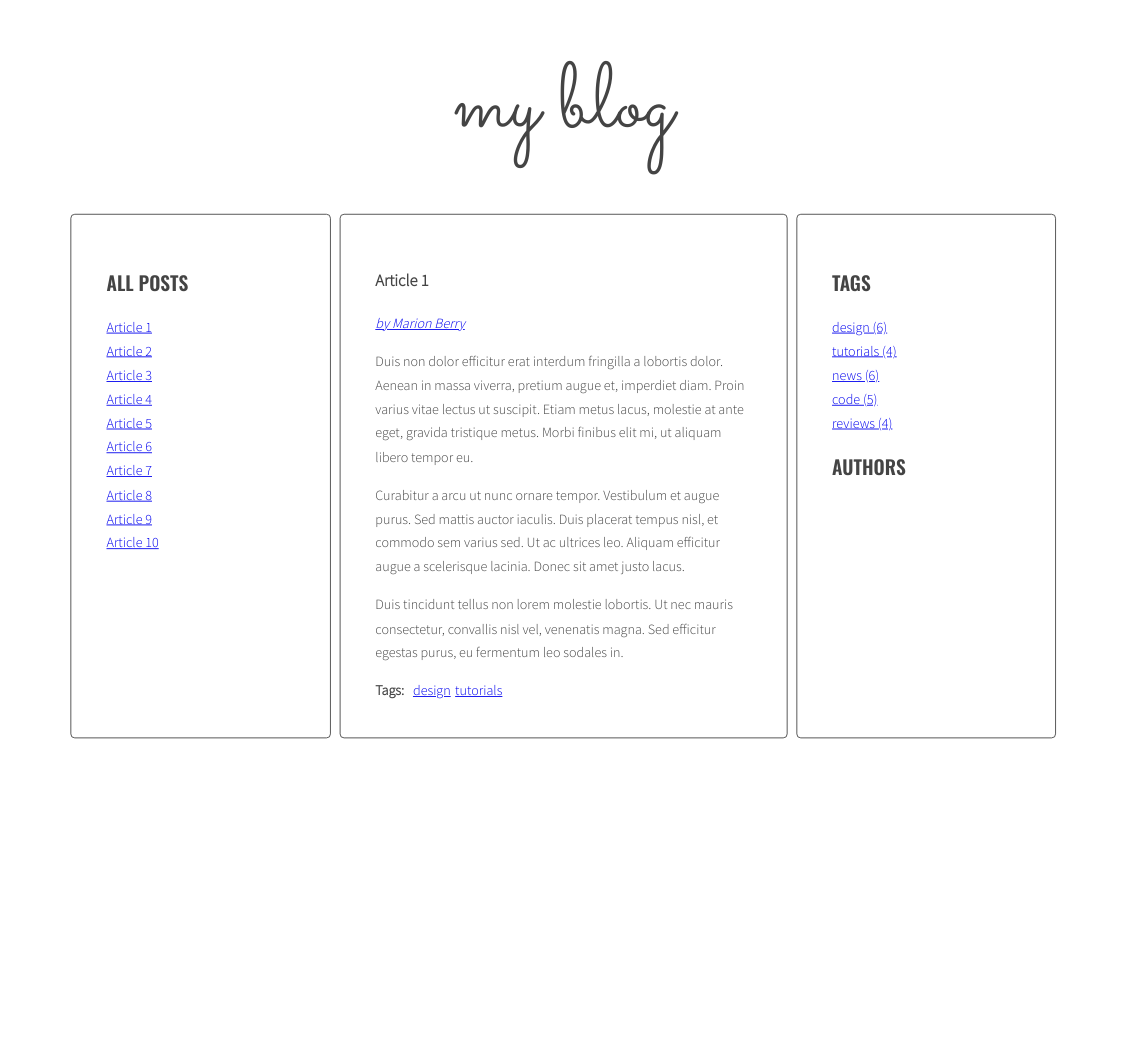
Repository: ulasup/javascript-blog
Page: index.html
These files come from the project's save history. The page is drawn as it stood at one moment and after the next save; the edit follows.
The browser window is 1280 px wide. The pictures show the whole page, at 88% of full size.
The style sheet was rebuilt from its Sass, Less or Tailwind sources for each picture, by a compiler version that may differ from the author's.

Above is the page before, as saved 2020-12-21 15:44:53.

### index.html
<!DOCTYPE html>
<html  lang="en">
    <head>
        <meta charset="UTF-8">
        <title>Film blog</title>
        <link rel="stylesheet" href="css/style.css">
    </head>
    <body>
        <div class="blog">
            <div class="container">
              <h1 class="logo">my blog</h1>
              <main class="wrapper">
                <aside class="sidebar">
                  <h2 class="section-title">All posts</h2>
                  <ul class="list titles">
                  </ul>
                </aside>
                <section class="posts">
                  <article class="post active" id="article-1" data-tags="design tutorials" data-author="Marion Berry">
                    <h3 class="post-title">Article 1</h3>
                    <p class="post-author"></p>
                    <div class="post-content">
                      <p>Duis non dolor efficitur erat interdum fringilla a lobortis dolor. Aenean in massa viverra, pretium augue et, imperdiet diam. Proin varius vitae lectus ut suscipit. Etiam metus lacus, molestie at ante eget, gravida tristique metus. Morbi finibus elit mi, ut aliquam libero tempor eu.</p>
                      <p>Curabitur a arcu ut nunc ornare tempor. Vestibulum et augue purus. Sed mattis auctor iaculis. Duis placerat tempus nisl, et commodo sem varius sed. Ut ac ultrices leo. Aliquam efficitur augue a scelerisque lacinia. Donec sit amet justo lacus.</p>
                      <p>Duis tincidunt tellus non lorem molestie lobortis. Ut nec mauris consectetur, convallis nisl vel, venenatis magna. Sed efficitur egestas purus, eu fermentum leo sodales in.</p>
                    </div>
                    <div class="post-tags">
                      <p><strong>Tags:</strong></p>
                      <ul class="list list-horizontal">
                      </ul>
                    </div>
                  </article>
                  <article class="post" id="article-2" data-tags="news code" data-author="Theo Tabby">
                    <h3 class="post-title">Article 2</h3>
                    <p class="post-author"></p>
                    <div class="post-content">
                      <p>Phasellus sollicitudin, arcu vel iaculis ullamcorper, quam leo viverra orci, et faucibus quam sapien vel est. Maecenas ac suscipit elit. Nullam interdum, lorem vitae venenatis pulvinar, ex dui malesuada nunc, tempus cursus enim metus vel nulla.</p>
                      <p>Integer hendrerit, eros id efficitur dapibus, ante arcu ullamcorper orci, a iaculis felis turpis at purus. Quisque sodales posuere sapien vel consectetur. Duis dui urna, commodo non ante nec, mattis dictum enim. Donec aliquam erat sed diam lobortis, vel gravida lacus laoreet. Phasellus pretium maximus mi, eu posuere justo suscipit vel.</p>
                      <p>Nam magna nisl, varius in malesuada vitae, facilisis vel metus. Proin rhoncus euismod leo dictum lobortis. Suspendisse non ante sapien.</p>
                    </div>
                    <div class="post-tags">
                      <p><strong>Tags:</strong></p>
                      <ul class="list list-horizontal">
                      </ul>
                    </div>
                  </article>
                  <article class="post" id="article-3" data-tags="news reviews design" data-author="George Tuxedo">
                    <h3 class="post-title">Article 3</h3>
                    <p class="post-author"></p>
                    <div class="post-content">
                      <p>Mauris vel pellentesque turpis, ac sodales nisl. Quisque iaculis mi velit, ut convallis tellus accumsan a. Quisque iaculis, nisi et dignissim tincidunt, nisl eros euismod nulla, finibus laoreet erat enim posuere elit.</p>
                      <p>Aenean at semper urna. Duis vel sapien molestie, egestas diam consequat, molestie nulla. Praesent a malesuada metus. Praesent et tempus leo.</p>
                      <p>Mauris in eleifend neque, vitae eleifend velit. Maecenas purus est, bibendum eget imperdiet id, dictum sed ante. Aenean a magna et eros sagittis aliquet.</p>
                    </div>
                    <div class="post-tags">
                      <p><strong>Tags:</strong></p>
                      <ul class="list list-horizontal">
                      </ul>
                    </div>
                  </article>
                  <article class="post" id="article-4" data-tags="tutorials code design" data-author="Kitty Toebean">
                    <h3 class="post-title">Article 4</h3>
                    <p class="post-author"></p>
                    <div class="post-content">
                      <p>Morbi vel cursus nulla, vel varius mauris. Suspendisse sed elit sit amet risus faucibus vestibulum ut sit amet purus. Donec orci est, condimentum ut quam quis, scelerisque fringilla ligula.</p>
                      <p>Quisque bibendum nisl id quam sagittis, id pretium dolor scelerisque. Suspendisse non odio nec velit dapibus placerat non a libero.</p>
                      <p>Vivamus at tristique ex, feugiat sagittis ex. Cras cursus, ipsum et efficitur commodo, urna sapien rutrum magna, quis sodales justo ligula eget nunc. In hac habitasse platea dictumst.</p>
                    </div>
                    <div class="post-tags">
                      <p><strong>Tags:</strong></p>
                      <ul class="list list-horizontal">
                      </ul>
                    </div>
                  </article>
                  <article class="post" id="article-5" data-tags="design reviews" data-author="Marion Berry">
                    <h3 class="post-title">Article 5</h3>
                    <p class="post-author"></p>
                    <div class="post-content">
                      <p>Suspendisse sem eros, euismod condimentum arcu ac, consequat fermentum orci. Nam convallis lacus nec interdum vestibulum. Vestibulum luctus, quam eu tristique ornare, lorem nibh sodales enim, vitae tempor dolor ante vitae tortor.</p>
                      <p>Duis venenatis metus quis luctus lobortis. In porttitor ipsum eget ligula aliquam ornare. Cras malesuada urna id volutpat sodales.</p>
                      <p>Donec lobortis ultricies turpis, eu viverra magna gravida quis. Fusce sit amet pretium nulla. Duis rutrum metus vel libero sodales, pellentesque varius ex pulvinar.</p>
                    </div>
                    <div class="post-tags">
                      <p><strong>Tags:</strong></p>
                      <ul class="list list-horizontal">
                      </ul>
                    </div>
                  </article>
                  <article class="post" id="article-6" data-tags="reviews code" data-author="George Tuxedo">
                    <h3 class="post-title">Article 6</h3>
                    <p class="post-author"></p>
                    <div class="post-content">
                      <p>Donec posuere iaculis ante sed hendrerit. Lorem ipsum dolor sit amet, consectetur adipiscing elit. Quisque hendrerit neque nec urna tincidunt, quis vehicula dui vulputate. Morbi est sapien, auctor ut lectus eu, placerat viverra lorem.</p>
                      <p>Cras consectetur at erat id accumsan. Suspendisse lacinia in nulla quis vulputate. Nunc vitae consectetur augue. Nam ut vehicula mi. Aliquam tristique, purus in hendrerit porta, elit lectus finibus mi, vel malesuada nisl lectus a libero.</p>
                      <p>Nam quis efficitur ante. Sed eget purus quis ex commodo porta eu sit amet dolor. Mauris tellus nisl, dictum nec est vitae, condimentum ornare ante. Fusce ornare hendrerit maximus. In maximus rhoncus justo.</p>
                    </div>
                    <div class="post-tags">
                      <p><strong>Tags:</strong></p>
                      <ul class="list list-horizontal">
                      </ul>
                    </div>
                  </article>
                  <article class="post" id="article-7" data-tags="code news" data-author="Kitty Toebean">
                    <h3 class="post-title">Article 7</h3>
                    <p class="post-author"></p>
                    <div class="post-content">
                      <p>Donec eleifend mauris ac nisl fermentum, ac fermentum turpis dignissim. Aliquam diam nisl, imperdiet a varius eget, lobortis sed nisi. Nullam suscipit ipsum sed magna blandit, sed pellentesque urna malesuada.</p>
                      <p>Duis vestibulum arcu et lectus viverra porta. Praesent tempor lacus eget quam mattis, sit amet venenatis diam ultrices. Morbi gravida sapien quis ligula tincidunt, vel sagittis erat ultrices.</p>
                      <p>Ut orci tellus, laoreet ac diam ut, tempus bibendum nisi. Nam egestas sagittis nibh. Curabitur tristique dui quis egestas pretium. Duis eu felis orci.</p>
                    </div>
                    <div class="post-tags">
                      <p><strong>Tags:</strong></p>
                      <ul class="list list-horizontal">
                      </ul>
                    </div>
                  </article>
                  <article class="post" id="article-8" data-tags="news design tutorials" data-author="Theo Tabby">
                    <h3 class="post-title">Article 8</h3>
                    <p class="post-author"></p>
                    <div class="post-content">
                      <p>Praesent quis imperdiet erat. Curabitur tempor sapien a interdum malesuada. Proin libero erat, sagittis a sollicitudin eget, pulvinar nec risus. Cras et suscipit sem.</p>
                      <p>Maecenas consequat diam nec sollicitudin congue. Aenean porttitor porttitor quam, condimentum interdum metus congue sed. Donec at nulla ipsum.</p>
                      <p>Mauris non congue dui. Aenean ac eros vitae massa vulputate aliquet ut ac elit. Morbi iaculis auctor nunc aliquet luctus. Nunc tincidunt sem dui, quis interdum leo pellentesque eget. Fusce id leo varius, imperdiet nunc vitae, tristique mi. Mauris quis interdum justo. Mauris auctor purus eu leo faucibus feugiat. Nulla at odio vitae leo semper blandit.</p>
                    </div>
                    <div class="post-tags">
                      <p><strong>Tags:</strong></p>
                      <ul class="list list-horizontal">
                      </ul>
                    </div>
                  </article>
                  <article class="post" id="article-9" data-tags="news tutorials" data-author="Marion Berry">
                    <h3 class="post-title">Article 9</h3>
                    <p class="post-author"></p>
                    <div class="post-content">
                      <p>Tam et facilisis purus. Donec vulputate est quis lobortis posuere. Nunc vitae lorem ut odio faucibus pulvinar nec in justo. Ut ut ante ac tellus ornare tempus. Nunc maximus, tortor et dictum convallis, nunc libero posuere leo, scelerisque ultrices arcu sapien ut tellus.</p>
                      <p>Fusce lacinia augue massa, non tincidunt tortor auctor quis. Vestibulum ut pretium nisl. Etiam id tellus tempus, commodo ligula vehicula, porta magna.</p>
                      <p>Donec fringilla blandit dolor vel aliquet. Fusce tortor sapien, lobortis eu vehicula sit amet, dignissim et lectus. In ullamcorper metus vel massa fermentum, at fermentum dui sollicitudin. Nullam lacinia elit vel tortor ullamcorper pulvinar.</p>
                    </div>
                    <div class="post-tags">
                      <p><strong>Tags:</strong></p>
                      <ul class="list list-horizontal">
                      </ul>
                    </div>
                  </article>
                  <article class="post" id="article-10" data-tags="code design news reviews" data-author="George Tuxedo">
                    <h3 class="post-title">Article 10</h3>
                    <p class="post-author"></p>
                    <div class="post-content">
                      <p>Aliquam erat volutpat. Ut non eleifend lectus. Donec suscipit tellus tempor, ornare dui id, hendrerit neque. Phasellus lacinia laoreet dui in luctus. Sed hendrerit, magna sit amet varius tempor, augue augue scelerisque est, non scelerisque mauris libero eu sapien.</p>
                      <p>Sed at sapien in quam sollicitudin aliquam. In interdum metus a mi porttitor luctus. Sed commodo, arcu id lacinia posuere, felis elit pharetra urna, at feugiat est orci sit amet libero. Quisque in nisl est. Nullam vehicula at lectus non luctus. Cras aliquam neque magna, at varius nisi egestas ut.</p>
                      <p>Rhoncus purus nulla, non auctor lacus placerat ut. Aliquam condimentum eget magna ac gravida. Etiam egestas faucibus urna et finibus. Cras vel tellus vel magna suscipit euismod. Maecenas id arcu ante. Duis iaculis scelerisque erat, at ullamcorper arcu consectetur eu. Fusce aliquam diam at arcu pharetra, vel fermentum nunc lobortis.</p>
                    </div>
                    <div class="post-tags">
                      <p><strong>Tags:</strong></p>
                      <ul class="list list-horizontal">
                      </ul>
                    </div>
                  </article>
                </section>
                <aside class="sidebar">
                  <h2 class="section-title">Tags</h2>
                  <ul class="list tags">
                  </ul>
                  <h2 class="section-title">Authors</h2>
                  <ul class="list authors">
                  </ul>
                </aside>
              </main>
            </div>
          </div>
    <script src="js/script.js"></script>
    </body>
</html>

### js/script.js
'use strict';

function titleClickHandler(event){
  event.preventDefault();

  const activeLinks = document.querySelectorAll('.titles a.active');
  for(let activeLink of activeLinks){
    activeLink.classList.remove('active');
  }

  const clickedElement = this;
  clickedElement.classList.add('active');

  const activeArticles = document.querySelectorAll('.post.active');
  for(let activeArticle of activeArticles){
    activeArticle.classList.remove('active');
  }

  const articleSelector = clickedElement.getAttribute('href');
  const targetArticle = document.querySelector(articleSelector);
  targetArticle.classList.add('active');
}

const optArticleSelector = '.post',
  optTitleSelector = '.post-title',
  optTitleListSelector = '.titles',
  optArticleTagsSelector = '.post-tags .list',
  optTagsListSelector = '.tags.list',
  optArticleAuthorSelector = '.post-author',
  optCloudClassCount = 5,
  optCloudClassPrefix = 'tag-size-';

function generateTitleLinks(customSelector = ''){

  const titleList = document.querySelector(optTitleListSelector);
  titleList.innerHTML = '';

  const articles = document.querySelectorAll(optArticleSelector + customSelector);
  let html = '';
  for (let article of articles){
    const articleId = article.getAttribute('id');
    const articleTitle = article.querySelector(optTitleSelector).innerHTML;
    const linkHTML = '<li><a href="#' + articleId + '"><span>' + articleTitle + '</span></a></li>';
    html = html + linkHTML;
  }
  titleList.innerHTML = html;

  const links = document.querySelectorAll('.titles a');
  for(let link of links){
    link.addEventListener('click', titleClickHandler);
  }
}

generateTitleLinks();

function calculateTagsParams(tags){
  const params = {
    max: 0,
    min: 999999
  };
  for(let tag in tags){
    if(tags[tag] > params.max){
      params.max = tags[tag];
    }
    if(tags[tag] < params.min){
      params.min = tags[tag];
    }
  }
  return params;
}

function calculateTagClass(count, params){
  const normalizedCount = count - params.min;
  const normalizedMax = params.max - params.min;
  const percentage = normalizedCount / normalizedMax;
  const classNumber = Math.floor( percentage * (optCloudClassCount - 1) + 1 );

  return optCloudClassPrefix + classNumber;
}

function generateTags(){
  let allTags = {};
  const articles = document.querySelectorAll(optArticleSelector);
  for (let article of articles){
    const tagList = article.querySelector(optArticleTagsSelector);
    let html = '';
    const articleTags = article.getAttribute('data-tags');
    const articleTagsArray = articleTags.split(' ');
    for (let tag of articleTagsArray){
      const linkHTML = '<li><a href="#tag-' + tag + '"><span>' + tag + '</span></a></li>';
      html = html + linkHTML;
      if(!allTags.hasOwnProperty(tag)){
        allTags[tag] = 1;
      } else {
        allTags[tag]++;
      }
    }
    tagList.innerHTML = html;
  }
  const tagList = document.querySelector('.tags');
  const tagsParams = calculateTagsParams(allTags);
  let allTagsHTML = '';
  for(let tag in allTags){
    const linkAllTagsHTML = '<li><a href="#tag-' + tag + '" class="">' + tag + ' (' + allTags[tag] + ') </a></li>';
    allTagsHTML += linkAllTagsHTML;
  }
  tagList.innerHTML = allTagsHTML;

}

generateTags();

function tagClickHandler(event){
  event.preventDefault();

  const clickedElement = this;
  const href = clickedElement.getAttribute('href');
  const tag = href.replace('#tag-', '');

  const activeTags = document.querySelectorAll('a.active[href^="#tag-"]');
  for(let activeTag of activeTags){
    activeTag.classList.remove('active');
  }

  const tagLinks = document.querySelectorAll('a[href="' + href + '"]');
  for (let tagLink of tagLinks){
    tagLink.classList.add('active');
  }

  generateTitleLinks('[data-tags~="' + tag + '"]');
}

function addClickListenersToTags(){
  const links =  document.querySelectorAll('.post-tags .list a');
  for(let link of links){
    link.addEventListener('click', tagClickHandler);
  }
}

addClickListenersToTags();

function generateAuthors(){
  const articles = document.querySelectorAll(optArticleSelector);
  for (let article of articles){
    const authorsList = article.querySelector(optArticleAuthorSelector);
    const articleAuthor = article.getAttribute('data-author');
    const linkHTML = '<a href="' + articleAuthor + '"><span>by ' + articleAuthor + '</span></a>';
    authorsList.innerHTML = linkHTML;
  }
}

generateAuthors();

function authorClickHandler(event){
  event.preventDefault();

  const clickedElement = this;
  console.log(clickedElement);
  const author = clickedElement.getAttribute('href');

  const activeAuthors = document.querySelectorAll('a.active');
  for(let activeAuthor of activeAuthors){
    activeAuthor.classList.remove('active');
  }

  const authorLinks = document.querySelectorAll(author);
  for (let authorLink of authorLinks){
    authorLink.classList.add('active');
  }

  generateTitleLinks('[data-author="' + author + '"]');

}

function addClickListenersToAuthors(){
  const links =  document.querySelectorAll('.post-author a');
  for(let link of links){
    link.addEventListener('click', authorClickHandler);
  }
}

addClickListenersToAuthors();

Loaded but not shown: sass/style.scss (130 lines, source omitted)

After the next save:
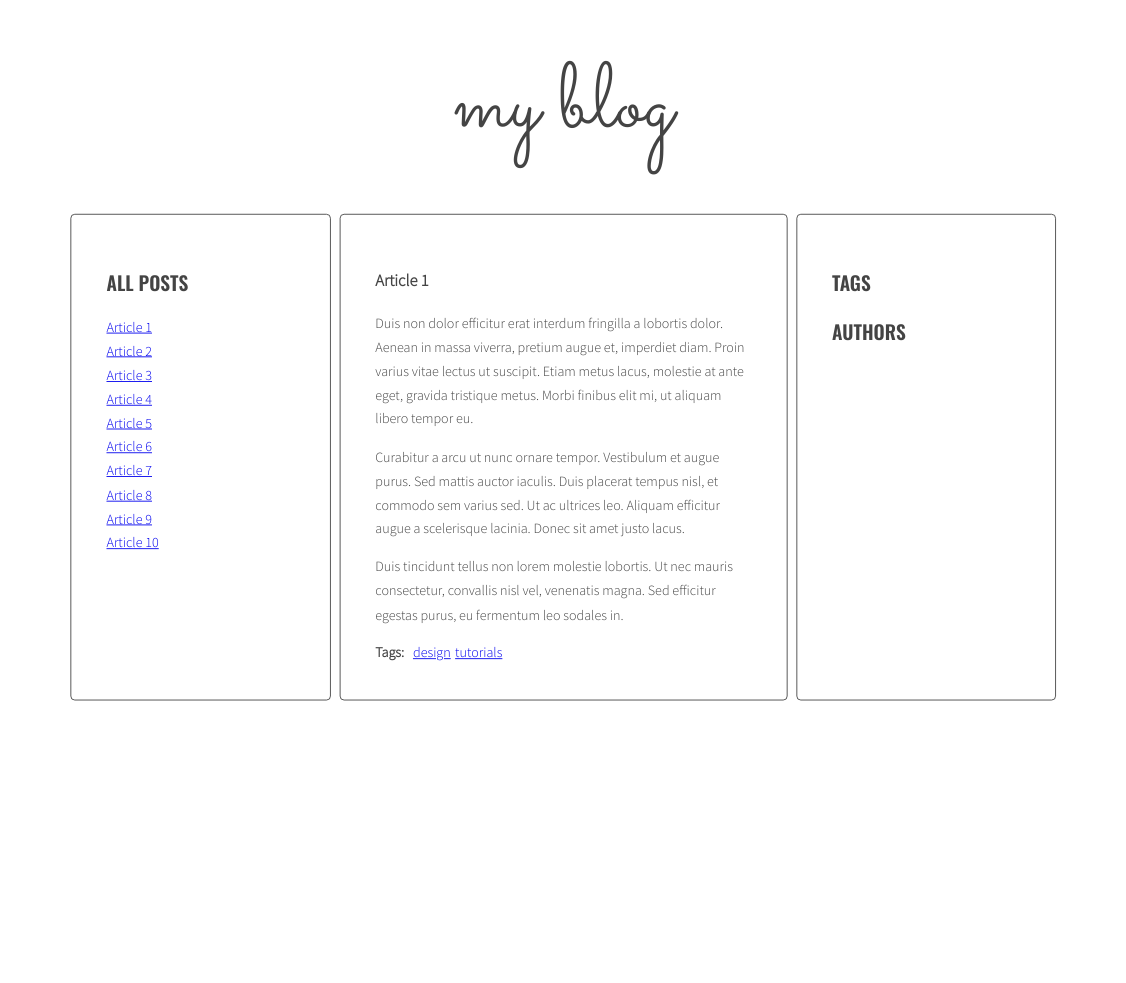
Console error: TypeError: Cannot read properties of undefined (reading 'min')
Saved 113 s later.
--- a/js/script.js
+++ b/js/script.js
@@ -101,7 +101,7 @@
   const tagsParams = calculateTagsParams(allTags);
   let allTagsHTML = '';
   for(let tag in allTags){
-    const linkAllTagsHTML = '<li><a href="#tag-' + tag + '" class="">' + tag + ' (' + allTags[tag] + ') </a></li>';
+    const linkAllTagsHTML = '<li><a href="#tag-' + tag + '" class="' + calculateTagClass(tagsParams) + '">' + tag + ' (' + allTags[tag] + ') </a></li>';
     allTagsHTML += linkAllTagsHTML;
   }
   tagList.innerHTML = allTagsHTML;

After the save that followed:
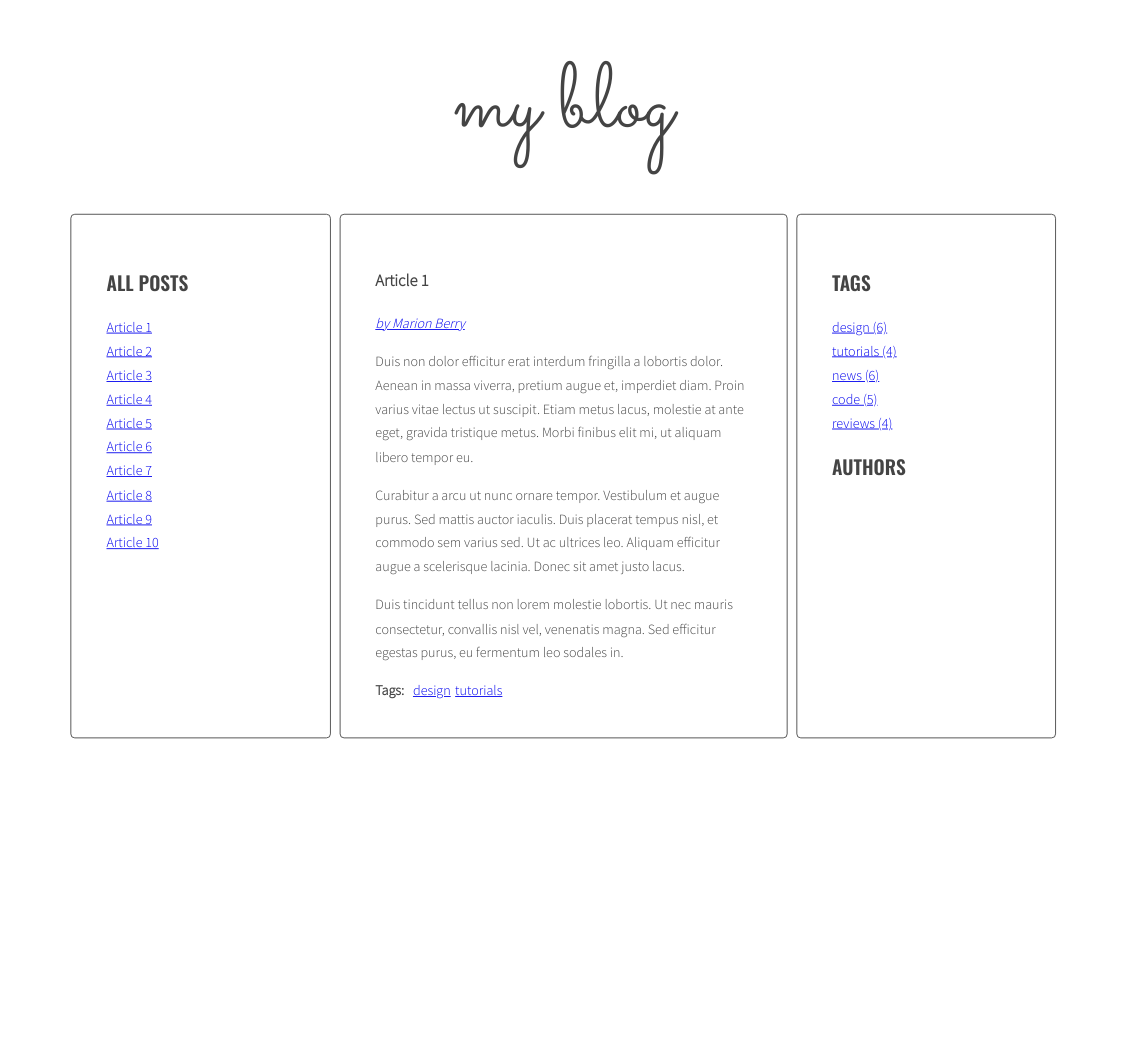
The error is gone.
Saved 3 min 4 s later.
--- a/js/script.js
+++ b/js/script.js
@@ -101,7 +101,7 @@
   const tagsParams = calculateTagsParams(allTags);
   let allTagsHTML = '';
   for(let tag in allTags){
-    const linkAllTagsHTML = '<li><a href="#tag-' + tag + '" class="' + calculateTagClass(tagsParams) + '">' + tag + ' (' + allTags[tag] + ') </a></li>';
+    const linkAllTagsHTML = '<li><a href="#tag-' + tag + '" class="' + calculateTagClass(tag, tagsParams) + '">' + tag + ' (' + allTags[tag] + ') </a></li>';
     allTagsHTML += linkAllTagsHTML;
   }
   tagList.innerHTML = allTagsHTML;
